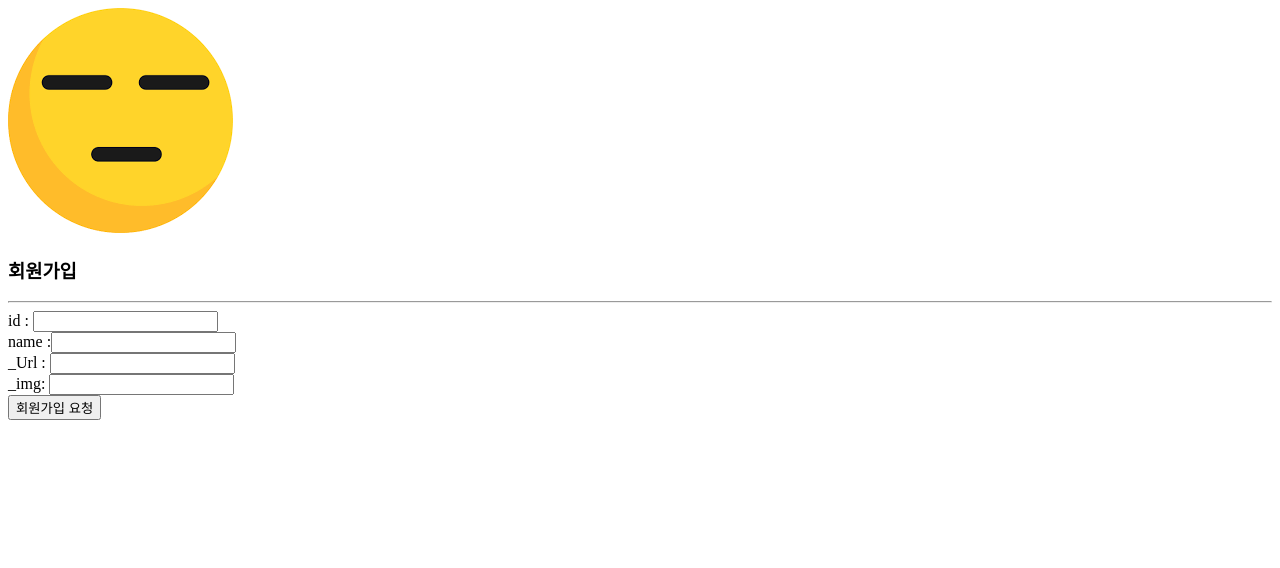
Repository: Yusubin/springEx
Page: http://localhost/spring5/member.jsp
The author's editor kept a copy of each file at every save. The page is drawn from the files as they stood at one save, then again after the next save.
The browser window is 1280 px wide. The pictures show the whole page.
The page is served by Tomcat 9. Nobody is signed in. The application's start-up code is not run. Other server files are loaded and not shown.

Above is the page before, as saved 2022-02-21 04:07:25.

### spring5/src/main/webapp/member.jsp
<%@ page language="java" contentType="text/html; charset=UTF-8"
    pageEncoding="UTF-8"%>
<!DOCTYPE html>
<html>
<head>
<meta charset="UTF-8">
<title>Insert title here</title>
</head>
<body>
<img src="resources/img/sad.png">
<h3>회원가입</h3>
<hr>
<form action="insert">
		id : <input type="text" name="id"><br>
		name :<input type="text"name="name"><br>
		_Url : <input type="text"name="url"><br>
		_img: <input type="text" name="img"><br>
		<button >회원가입 요청</button>
</form>
</body>
</html>

After the next save:
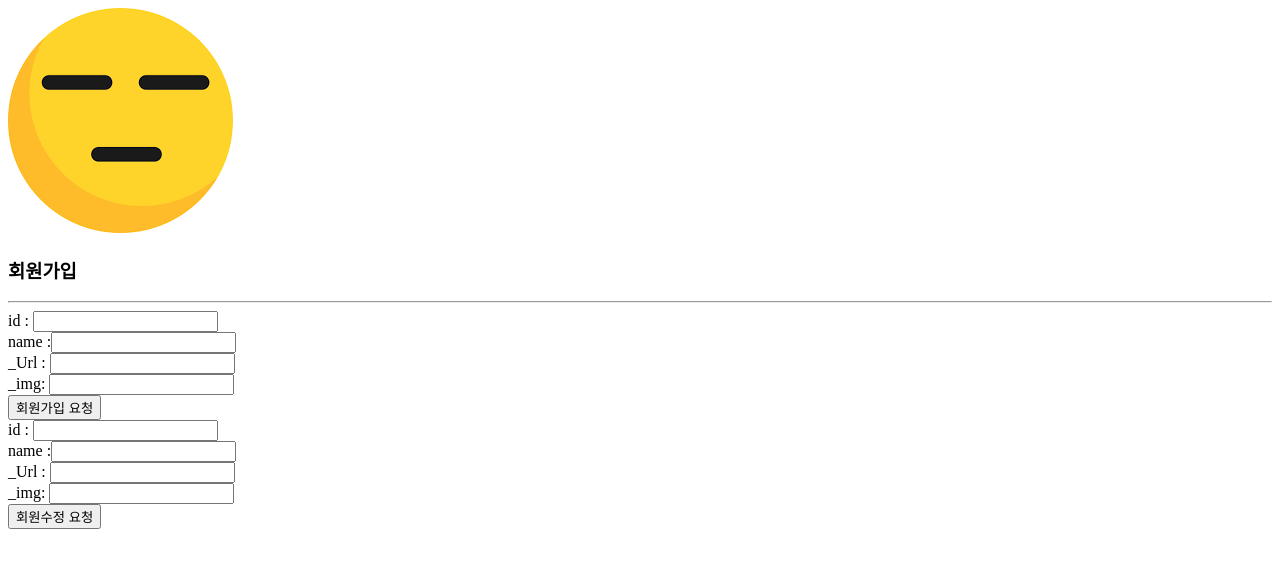
Saved 10 s later.
--- a/spring5/src/main/webapp/member.jsp
+++ b/spring5/src/main/webapp/member.jsp
@@ -17,5 +17,12 @@
 		_img: <input type="text" name="img"><br>
 		<button >회원가입 요청</button>
 </form>
+<form action="insert">
+		id : <input type="text" name="id"><br>
+		name :<input type="text"name="name"><br>
+		_Url : <input type="text"name="url"><br>
+		_img: <input type="text" name="img"><br>
+		<button >회원수정 요청</button>
+</form>
 </body>
 </html>
